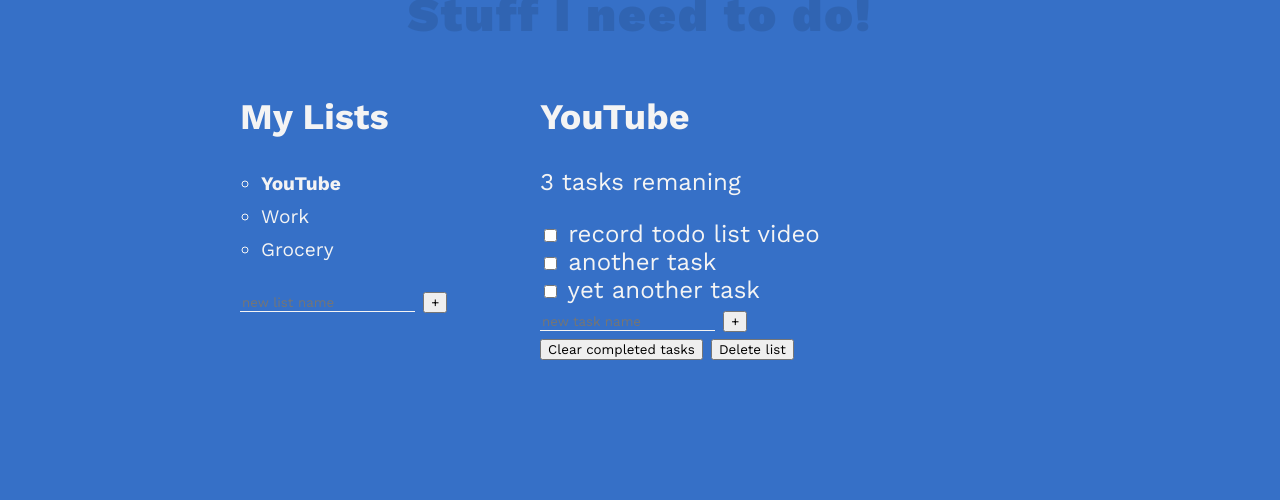
Repository: PratypartyY2K/JavaScript-Projects
Page: Better-ToDo-App/index.html
These files come from the project's save history. The page is drawn as it stood at one moment and after the next save; the edit follows.
The browser window is 1280 px wide. The pictures show the whole page.

Above is the page before, as saved 2021-07-06 00:36:19.

### Better-ToDo-App/index.html
<!DOCTYPE html>
<html lang="en">
  <head>
    <meta charset="UTF-8" />
    <meta http-equiv="X-UA-Compatible" content="IE=edge" />
    <meta name="viewport" content="width=device-width, initial-scale=1.0" />
    <link rel="stylesheet" href="styles.css" />
    <title>ToDo App</title>
  </head>

  <body>
    <h1 class="title">Stuff I need to do!</h1>
    <div class="all-tasks">
      <h2 class="task-list-title">My Lists</h2>
      <ul class="task-list">
        <li class="active-list">YouTube</li>
        <li>Work</li>
        <li>Grocery</li>
      </ul>

      <form action="">
        <input
          type="text"
          class="new list"
          placeholder="new list name"
          aria-label="new list name"
        />
        <button class="btn list" aria-label="create new list">+</button>
      </form>

    </div>

    <div class="todo-list">
        <div class="todo-header">
            <h2 class="list-title">YouTube</h2>
            <p class="task-count">3 tasks remaning</p>
        </div>

        <div class="todo-body">
            <div class="tasks">

                <div class="task">
                    <input type="checkbox" id="task-1">
                    <label for="task-1">
                        <span class="custom-checkbox"></span>
                        record todo list video
                    </label>
                </div>
                <!-- close task-1-->

                <div class="task">
                    <input type="checkbox" id="task-2">
                    <label for="task-2">
                        <span class="custom-checkbox"></span>
                        another task
                    </label>
                </div>
                <!-- close task-2-->

                <div class="task">
                    <input type="checkbox" id="task-3">
                    <label for="task-3">
                        <span class="custom-checkbox"></span>
                        yet another task
                    </label>
                </div>
                <!-- close task-3-->

            </div>

            <div class="new-task-creator">
                <form action="">
                    <input
                      type="text"
                      class="new task"
                      placeholder="new task name"
                      aria-label="new task name"
                    />
                    <button class="btn task" aria-label="create new task">+</button>
                  </form>
            </div>

            <div class="delete-stuff">
                <button class="btn delete">Clear completed tasks</button>
                <button class="btn delete">Delete list</button>
            </div>
        </div>
    </div>
  </body>
</html>

### Better-ToDo-App/styles.css
@import url('https://fonts.googleapis.com/css2?family=Work+Sans:wght@400;700;900&display=swap');

:root {
    --clr-primary: rgb(54, 112, 199);
    --clr-light: #f4f4f4;
    --clr-dark: #332;
    --clr-warning: rgb(99, 36, 36);
}

*,
*::before,
*::after {
    font-family: inherit;
    box-sizing: border-box;
}

body {
    margin: 0;
    font-family: "Work Sans", sans-serif;
    font-weight: 300;
    font-size: 1.5rem;
    background-color: var(--clr-primary);
    color: var(--clr-light);

    display: grid;
    grid:
    "header header header header" auto
    "...... lists  active ......" auto /
    1fr minmax(100px, 300px) minmax(250px, 500px) 1fr;
}

.title {
    grid-area: header;
    text-align: center;
    font-size: calc(7vw + 2 rem);
    font-weight: 900;
    color: rgba(0,0,0,0.1);
    letter-spacing: 2px;
    margin: -0.3em 0 0.5em;
}

.all-tasks {
    grid-area: lists;
}

.task-list {
    font-size: 1.2rem;
    line-height: 1.7;
    list-style: circle;
    padding-left: 1.1em;
}

.new {
    background: transparent;
    border: 0;
    color: inherit;
    border-bottom: 1px solid currentColor;
}

.active-list {
    font-weight: 700;
}

.todo-list {
    grid-area: active;
}

After the next save:
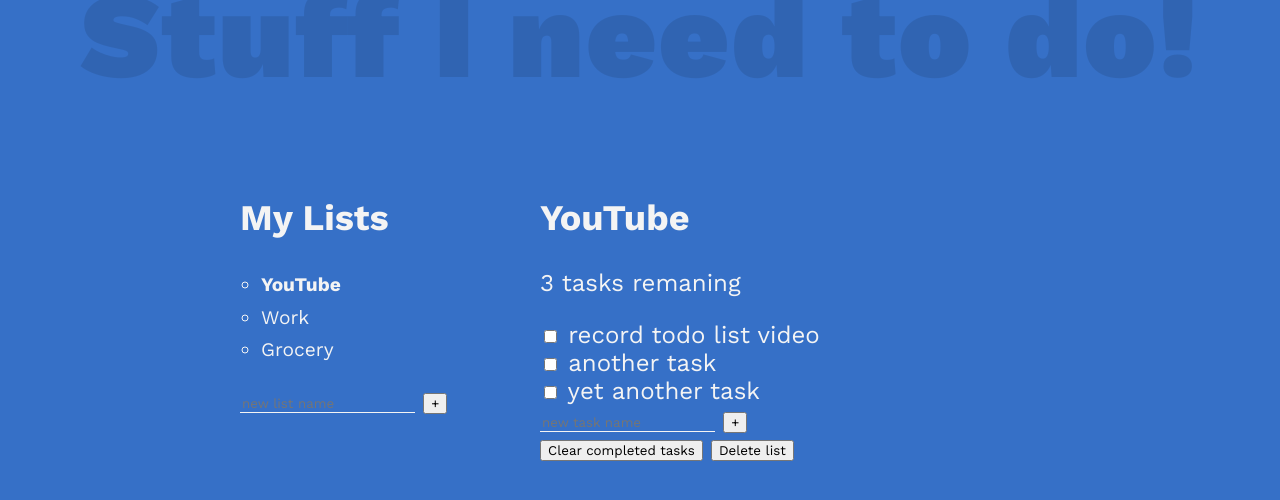
Saved 29 s later.
--- a/Better-ToDo-App/styles.css
+++ b/Better-ToDo-App/styles.css
@@ -32,7 +32,7 @@ body {
 .title {
     grid-area: header;
     text-align: center;
-    font-size: calc(7vw + 2 rem);
+    font-size: calc(7vw + 2rem);
     font-weight: 900;
     color: rgba(0,0,0,0.1);
     letter-spacing: 2px;
